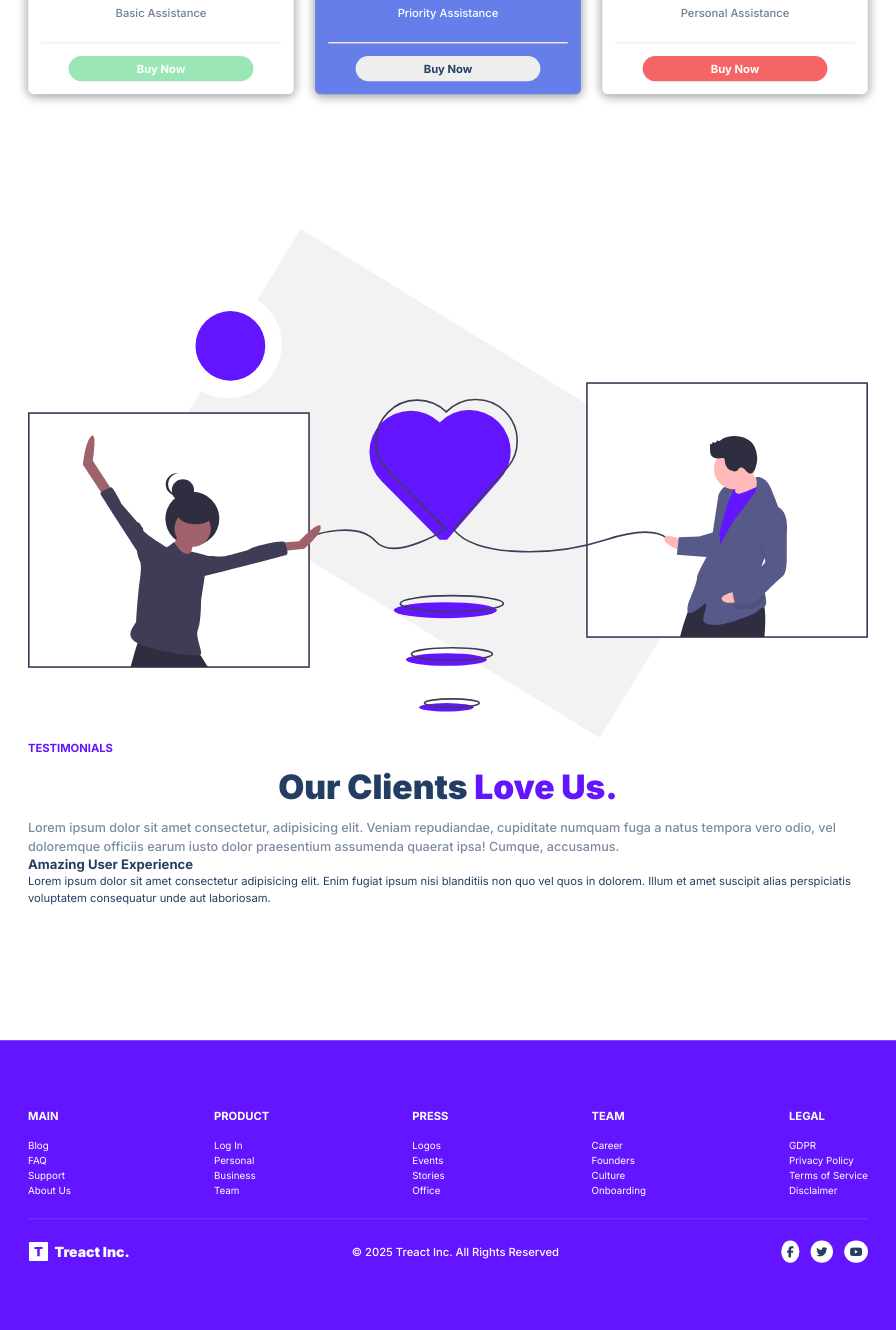
Repository: avivanguyen/m2_fianlProject
Page: index.html
These files come from the project's save history. The page is drawn as it stood at one moment and after the next save; the edit follows.
The browser window is 1280 px wide. The pictures show the part of the page from y = 4350 to 6270 px (the page is 6250 px tall before and 6270 px after), at 70% of full size.
Some web libraries are served in a nearby version.

Above is the page before, as saved 2025-12-11 11:20:54.

After the next save:
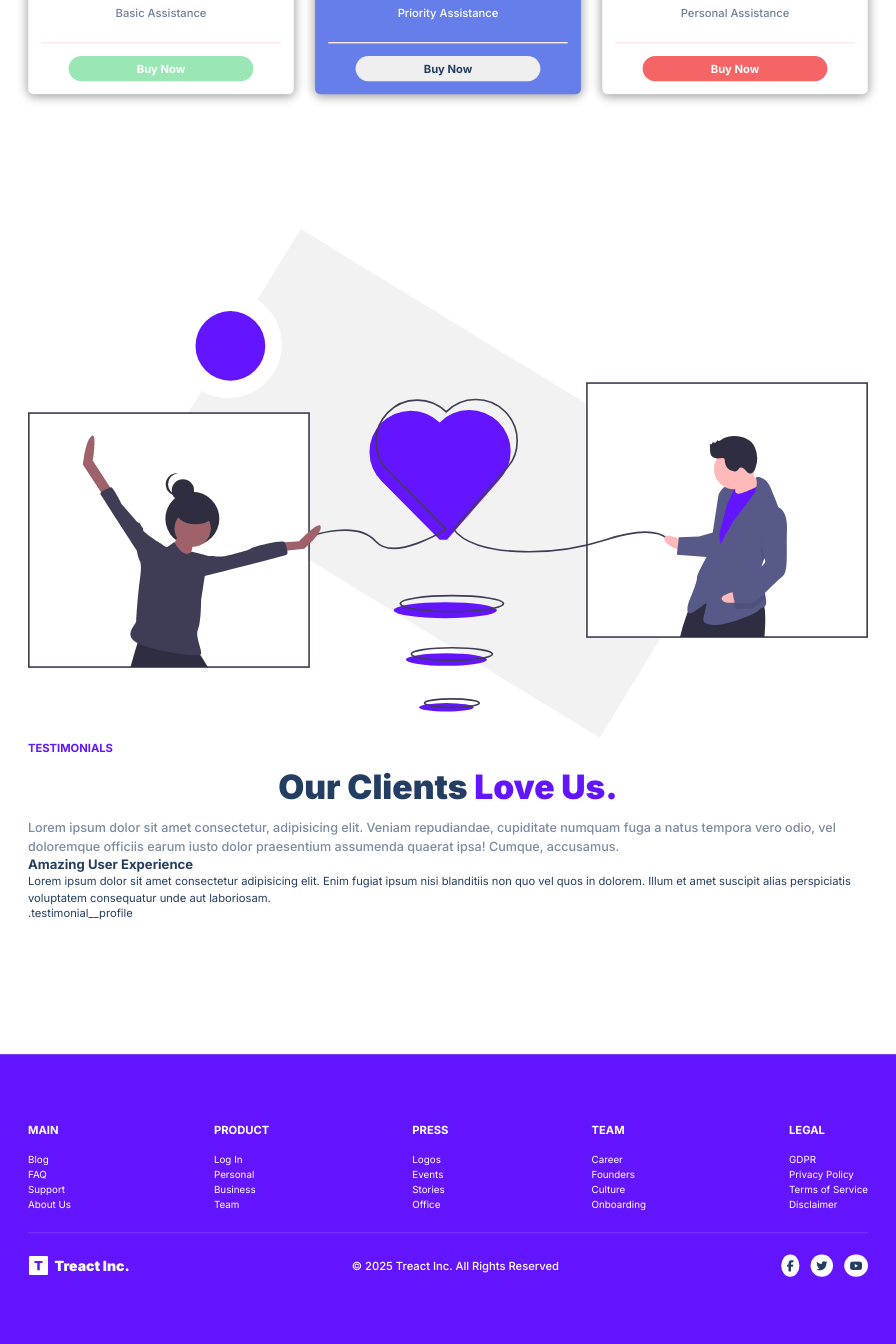
Saved 94 s later.
--- a/index.html
+++ b/index.html
@@ -328,7 +328,7 @@
                             <h3 class="testimonial__title">Amazing User Experience</h3>
                             <p class="testimonail__para">Lorem ipsum dolor sit amet consectetur adipisicing elit. Enim fugiat ipsum nisi blanditiis non quo vel quos in dolorem. Illum et amet suscipit alias perspiciatis voluptatem consequatur unde aut laboriosam.</p>
                             <div class="testimonial__bottom">
-
+                               .testimonial__profile
                             </div>
                         </div>
                     </div>
